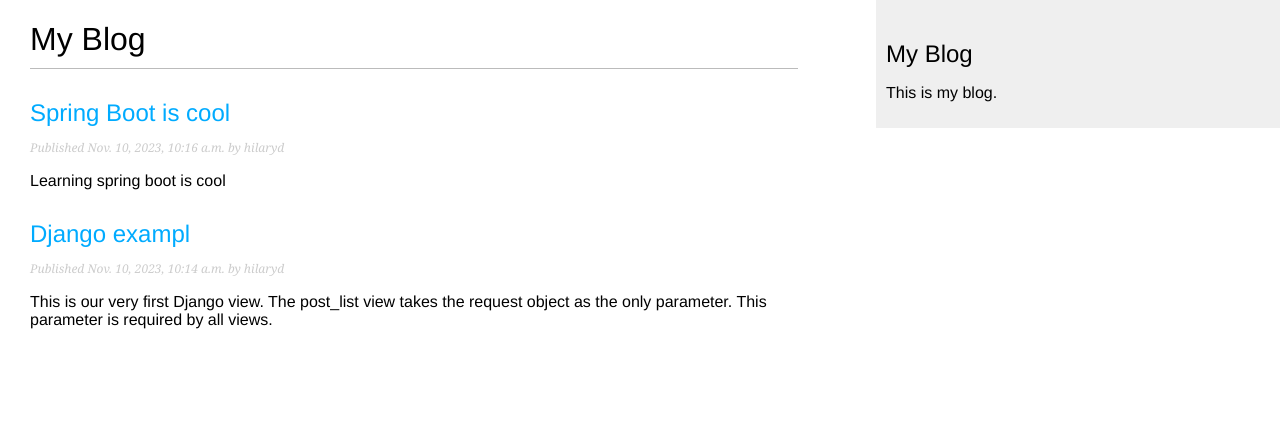
Repository: Ndifoinhilary/advance_blog
Page: http://localhost/
These files come from the project's save history. The page is drawn as it stood at one moment and after a run of saves; the edit follows.
The browser window is 1280 px wide. The pictures show the whole page.
The page is served by the project's application, run on Django 3.2 (manage.py). The page reads the database file committed with the project.

Above is the page before, as saved 2023-11-23 13:41:08.

After the next 2 saves:
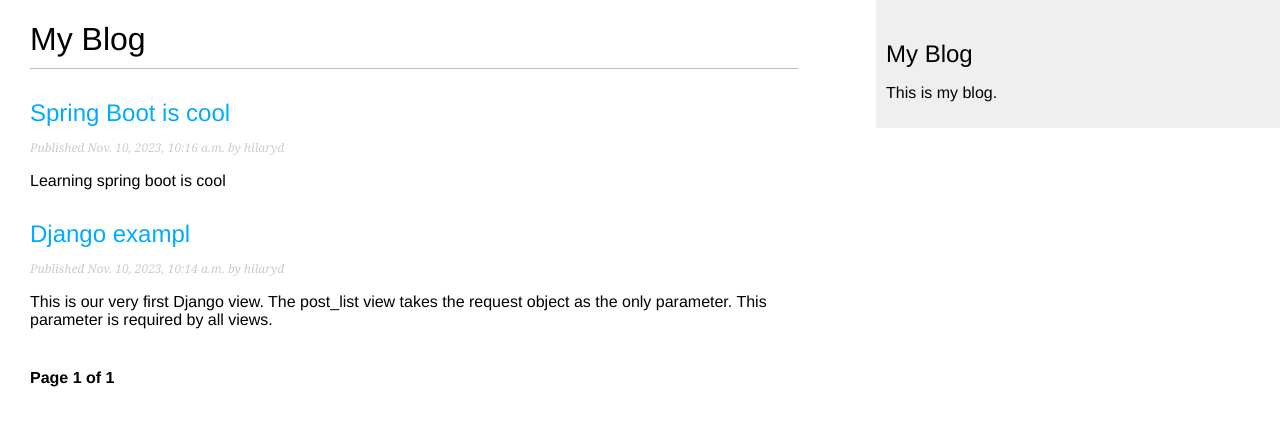
The 2 saves are shown as one change because 1 did not build or start.
The last was saved 5 min 42 s later.
--- a/blog/templates/blog/post/list.html
+++ b/blog/templates/blog/post/list.html
@@ -14,5 +14,5 @@
     <p class="date"> Published {{post.publish}} by {{post.author}} </p>
     {{post.body|truncatewords:30|linebreaks}}
   {% endfor %}
-
+    {% include "pagination.html" with page=post_page %}
 {% endblock content %}
